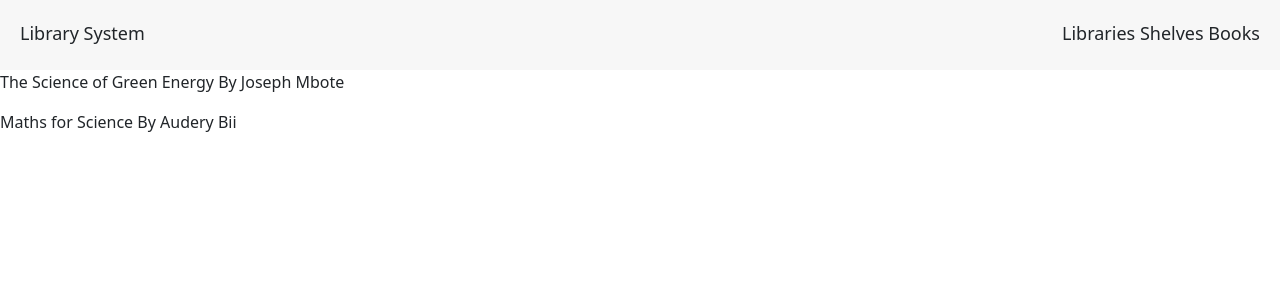
Repository: Mbote-Joseph/Library-Shelves-Books-Managements
Page: http://localhost/book
The author's editor kept a copy of each file at every save. The page is drawn from the files as they stood at one save, then again after the next save.
The browser window is 1280 px wide. The pictures show the whole page.
The page is served by the project's application, run on Django 5.2 (manage.py). Other server files are loaded and not shown. The page reads the database file committed with the project.

Above is the page before, as saved 2025-12-30 18:21:06.

### books/templates/books/book_view.html
{% extends "base.html" %}

{% block title %}
    Books List
{% endblock %}


{% block content %}
    {% for book in books %}
        <p> {{book}} </p>
    {% endfor %}
{% endblock %}

### static/templates/base.html
{% load static %}
<!doctype html>
<html lang="en">
  <head>
    <meta charset="utf-8">
    <meta name="viewport" content="width=device-width, initial-scale=1">
    <title>
        {% block title %}

        {% endblock %}
    </title>
    <link href="https://cdn.jsdelivr.net/npm/bootstrap@5.3.8/dist/css/bootstrap.min.css" rel="stylesheet" integrity="sha384-sRIl4kxILFvY47J16cr9ZwB07vP4J8+LH7qKQnuqkuIAvNWLzeN8tE5YBujZqJLB" crossorigin="anonymous">
    <link rel="stylesheet" type='text/css' href="{% static 'css/styles.css' %}">
  </head>
  <body>
    <nav class="nav">
      <span> Library System </span>
      <span>
        <ul>
          <a> Libraries </a>
          <a> Shelves </a>
          <a> Books </a>
        </ul>
      </span>

    </nav>

    {% block content %}

    {% endblock %}


    <script src="https://cdn.jsdelivr.net/npm/bootstrap@5.3.8/dist/js/bootstrap.bundle.min.js" integrity="sha384-FKyoEForCGlyvwx9Hj09JcYn3nv7wiPVlz7YYwJrWVcXK/BmnVDxM+D2scQbITxI" crossorigin="anonymous"></script>
  </body>
</html>

### books/models.py
from django.db import models

# Create your models here.
class Library(models.Model):
    name = models.CharField(max_length=50)
    students_capacity = models.IntegerField()
    location = models.CharField(max_length=100)
    created_on = models.DateTimeField(auto_now_add=True)

    def __str__(self):
        return f"{self.name} - {self.location}"

class Shelf(models.Model):
    label = models.CharField(max_length=50)
    books_capacity = models.CharField()
    library = models.ForeignKey(Library, on_delete=models.CASCADE)
    created_on = models.DateTimeField(auto_now_add=True)

    def __str__(self):
        return f"{self.label} On {self.library} Library"

class Book(models.Model):
    title = models.CharField(max_length=100)
    author = models.CharField(max_length=100)
    isbn = models.CharField(max_length=10)
    description = models.TextField()
    is_published = models.BooleanField(default=False)
    is_new = models.BooleanField(default=False)
    shelf = models.ForeignKey(Shelf, on_delete=models.CASCADE)

    def __str__(self):
        return f"{self.title} By {self.author}"

### books/views.py
from django.shortcuts import render
from django.views.generic import ListView

from .models import Library, Shelf, Book

# Create your views here.
class LibraryListView(ListView):
    model = Library
    context_object_name = "libraries"
    queryset = Library.objects.all()
    template_name = 'books/library_view.html'

class ShelfListView(ListView):
    model = Shelf
    context_object_name = "shelves"
    queryset = Shelf.objects.all()
    template_name = 'books/shelf_view.html'


class BookListView(ListView):
    model = Book
    context_object_name = "books"
    queryset = Book.objects.all()
    template_name = 'books/book_view.html'

### learn/urls.py
"""
URL configuration for learn project.

The `urlpatterns` list routes URLs to views. For more information please see:
    https://docs.djangoproject.com/en/6.0/topics/http/urls/
Examples:
Function views
    1. Add an import:  from my_app import views
    2. Add a URL to urlpatterns:  path('', views.home, name='home')
Class-based views
    1. Add an import:  from other_app.views import Home
    2. Add a URL to urlpatterns:  path('', Home.as_view(), name='home')
Including another URLconf
    1. Import the include() function: from django.urls import include, path
    2. Add a URL to urlpatterns:  path('blog/', include('blog.urls'))
"""
from django.contrib import admin
from django.urls import path, include

urlpatterns = [
    path('admin/', admin.site.urls),
    path('', include('books.urls'))
]

### books/urls.py
from django.urls import path

from books.views import LibraryListView, ShelfListView, BookListView

urlpatterns = [
    path('', LibraryListView.as_view(), name = 'libraries'),
    path('shelf', ShelfListView.as_view(), name = 'shelves'),
    path('book', BookListView.as_view(), name="books")
]

### static/css/styles.css
/**
 * Copyright 2025 josephmbote
 *
 * Licensed under the Apache License, Version 2.0 (the "License");
 * you may not use this file except in compliance with the License.
 * You may obtain a copy of the License at
 *
 *     https://www.apache.org/licenses/LICENSE-2.0
 *
 * Unless required by applicable law or agreed to in writing, software
 * distributed under the License is distributed on an "AS IS" BASIS,
 * WITHOUT WARRANTIES OR CONDITIONS OF ANY KIND, either express or implied.
 * See the License for the specific language governing permissions and
 * limitations under the License.
 */

.nav{
    left: 0;
    top: 0;
    width: 100%;
    background-color: #f7f7f7;
    font-size: large;
    font-style: 'Times New Roman';
    height: 70px;
    padding: 20px;
    display: flex;
    justify-content: space-between;
}

.library {
    width: 300px;
    /* min-width: 200px; */
    height: 150px;
    /* max-height: 400px; */
    background-color: #f7f7f7;
    box-shadow: 5px 0 5px 0 #ee6e73;
    border: none;
    margin: 20px;
    padding: 30px;
    border-radius: 20px;
}

.cards{
    display: flex;
}

### db.sqlite3 (the tables this page reads, as SQL)
CREATE TABLE "books_book" ("id" integer NOT NULL PRIMARY KEY AUTOINCREMENT, "title" varchar(100) NOT NULL, "author" varchar(100) NOT NULL, "isbn" varchar(10) NOT NULL, "description" text NOT NULL, "is_published" bool NOT NULL, "is_new" bool NOT NULL, "shelf_id" bigint NOT NULL REFERENCES "books_shelf" ("id") DEFERRABLE INITIALLY DEFERRED);
INSERT INTO "books_book" VALUES
(1, 'The Science of Green Energy', 'Joseph Mbote', 'qwe1234', 'The Book that describes how the world energy can be recycled', 1, 0, 1),
(2, 'Maths for Science', 'Audery Bii', 'MfS001', 'Mathematics for Science Volume 2 New Edition', 0, 0, 2);

After the next save:
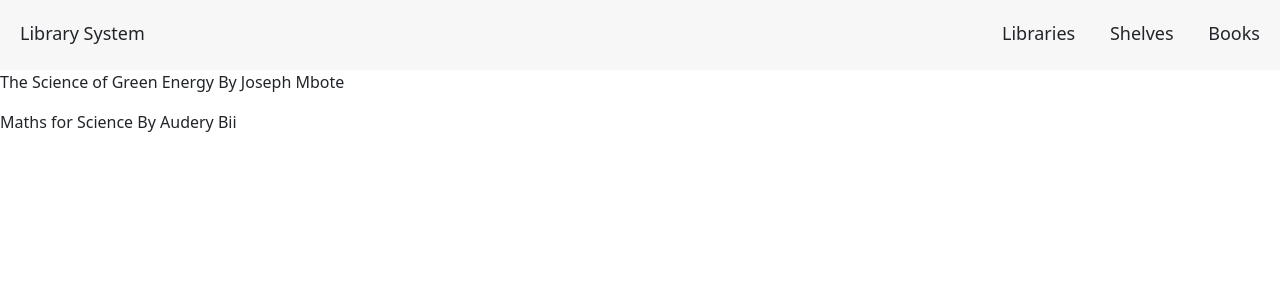
Saved 27 s later.
--- a/static/css/styles.css
+++ b/static/css/styles.css
@@ -26,7 +26,9 @@
     display: flex;
     justify-content: space-between;
 }
-
+.nav a{
+    margin-left: 30px;
+}
 .library {
     width: 300px;
     /* min-width: 200px; */
